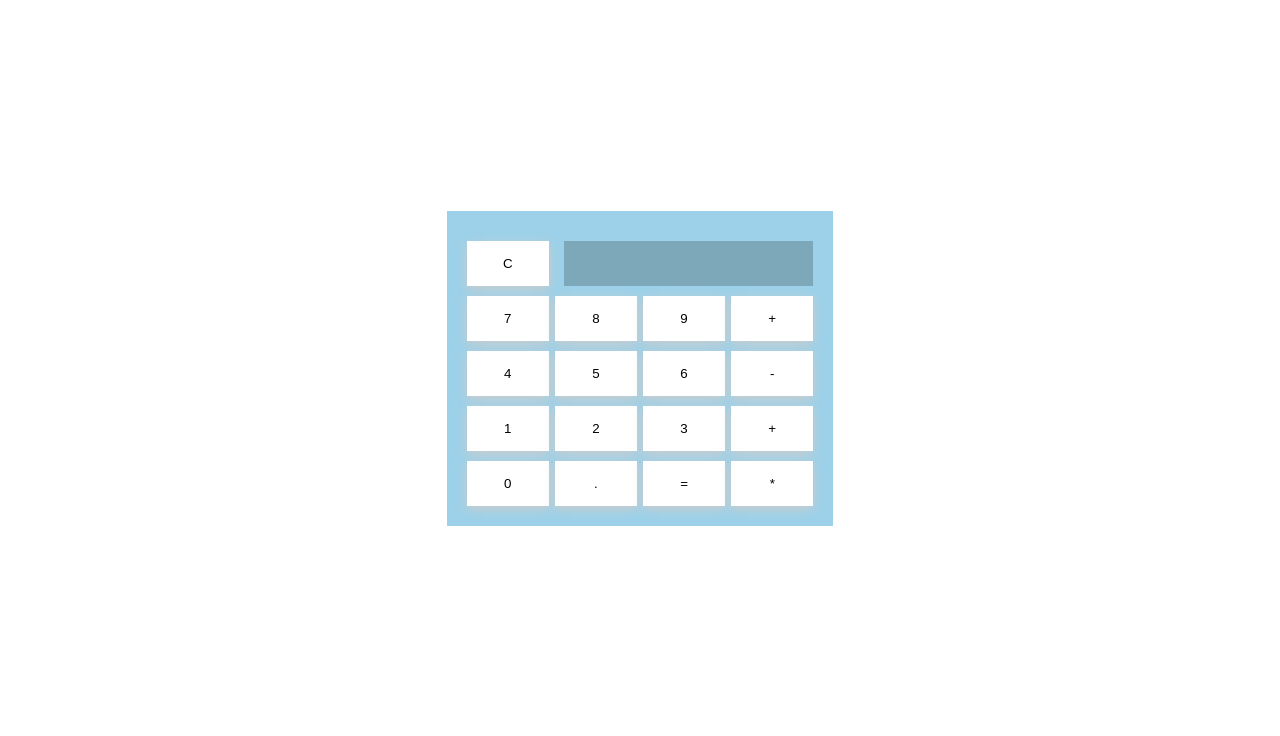
Repository: sem1103/calculator
Page: index.html
These files come from the project's save history. The page is drawn as it stood at one moment and after the next save; the edit follows.
The browser window is 1280 px wide. The pictures show the whole page.

Above is the page before, as saved 2023-11-01 19:49:21.

### index.html
<!DOCTYPE html>
<html lang="en">

<head>
    <meta charset="UTF-8">
    <meta name="viewport" content="width=device-width, initial-scale=1.0">
    <title>Calc</title>
    <style>
        .calc__container {
            display: flex;
            justify-content: center;
            height: 100vh;
            align-items: center;
        }

        .calc__wrapper {
            max-width: 900px;
            background-color: #9cd1e9;
            padding: 20px;
        }
        .calc__display{
            padding: 5px;
            background-color: #7da8ba;
            flex-basis: calc(75% - 20px);
        }
        .calc__main , .calc__header{
            display: flex;
            flex-direction: row;
            flex-wrap: wrap;
            justify-content: space-between;
            row-gap: 10px;
            column-gap: 5px;

        }
        .calc__header{
            margin: 10px 0;
        }

        button {
            padding: 15px 5px;
            text-align: center;
            background-color: #fff;
            box-shadow: 0 3px 10px #ccc;
            flex-basis: calc(25% - 5px);
            border: 0;
        }
    </style>
</head>

<body>
    <div class="calc__container">
        <div class="calc__wrapper">
            <div class="calc__header">
                <button>C</button>
                <div class="calc__display">

                </div>
            </div>
            <div class="calc__main">
                <button>7</button>
                <button>8</button>
                <button>9</button>
                <button>+</button>
                <button>4</button>
                <button>5</button>
                <button>6</button>
                <button>-</button>
                <button>1</button>
                <button>2</button>
                <button>3</button>
                <button>+</button>
                <button>0</button>
                <button>.</button>
                <button>=</button>
                <button>*</button>
            </div>
        </div>
    </div>
</body>

</html>

After the next save:
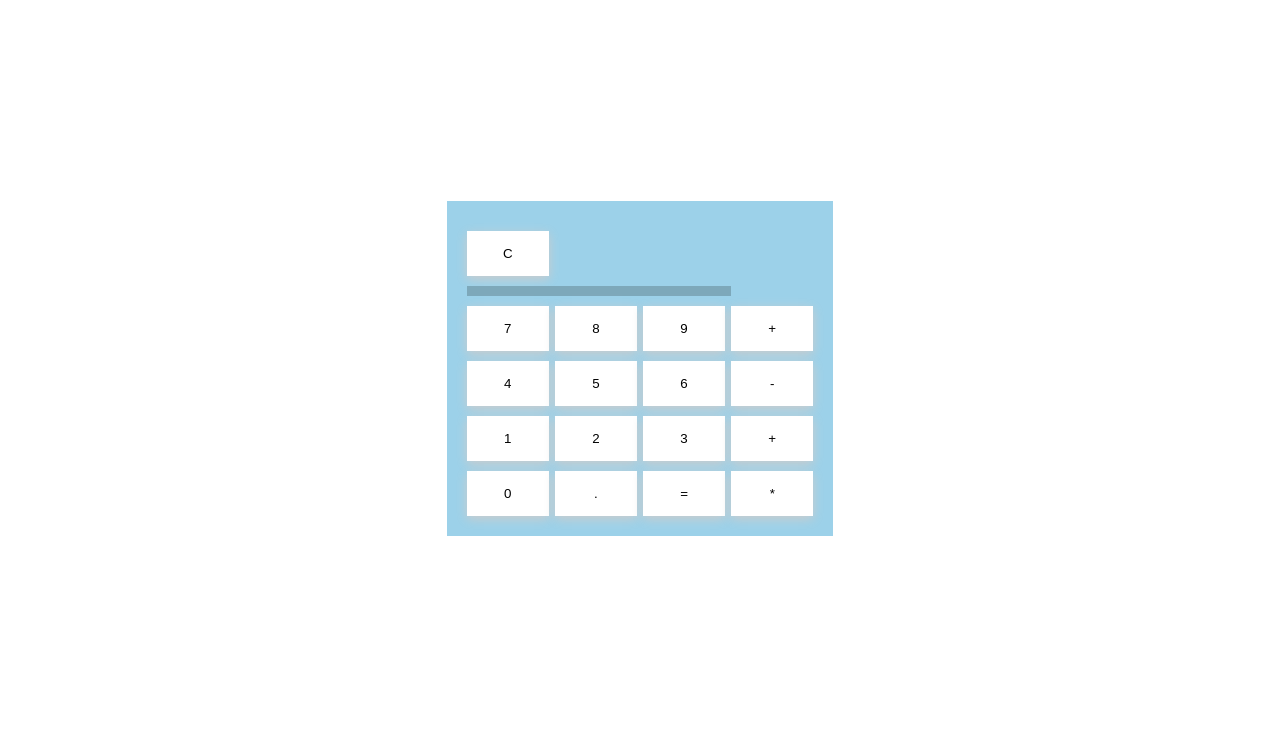
Saved 8 s later.
--- a/index.html
+++ b/index.html
@@ -21,7 +21,7 @@
         .calc__display{
             padding: 5px;
             background-color: #7da8ba;
-            flex-basis: calc(75% - 20px);
+            flex-basis: calc(75% - 5px);
         }
         .calc__main , .calc__header{
             display: flex;

After the save that followed:
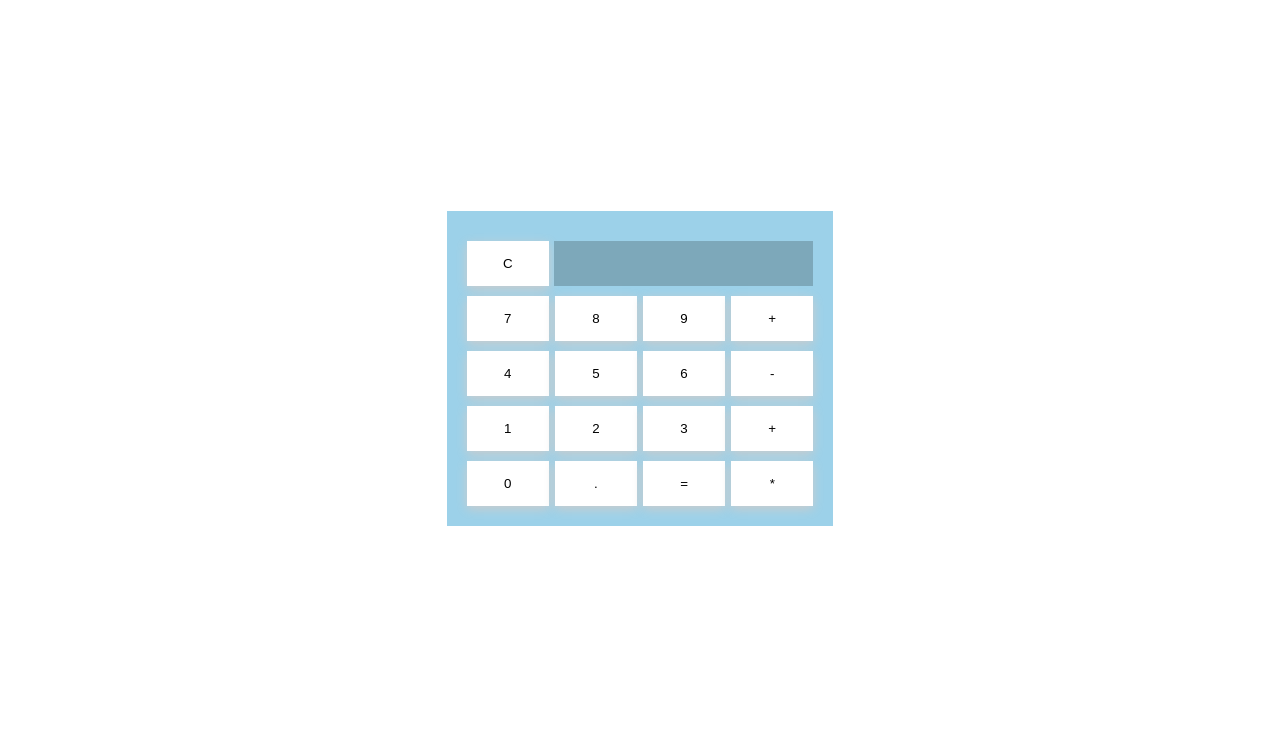
Saved 4 s later.
--- a/index.html
+++ b/index.html
@@ -21,7 +21,7 @@
         .calc__display{
             padding: 5px;
             background-color: #7da8ba;
-            flex-basis: calc(75% - 5px);
+            flex-basis: calc(75% - 10px);
         }
         .calc__main , .calc__header{
             display: flex;
